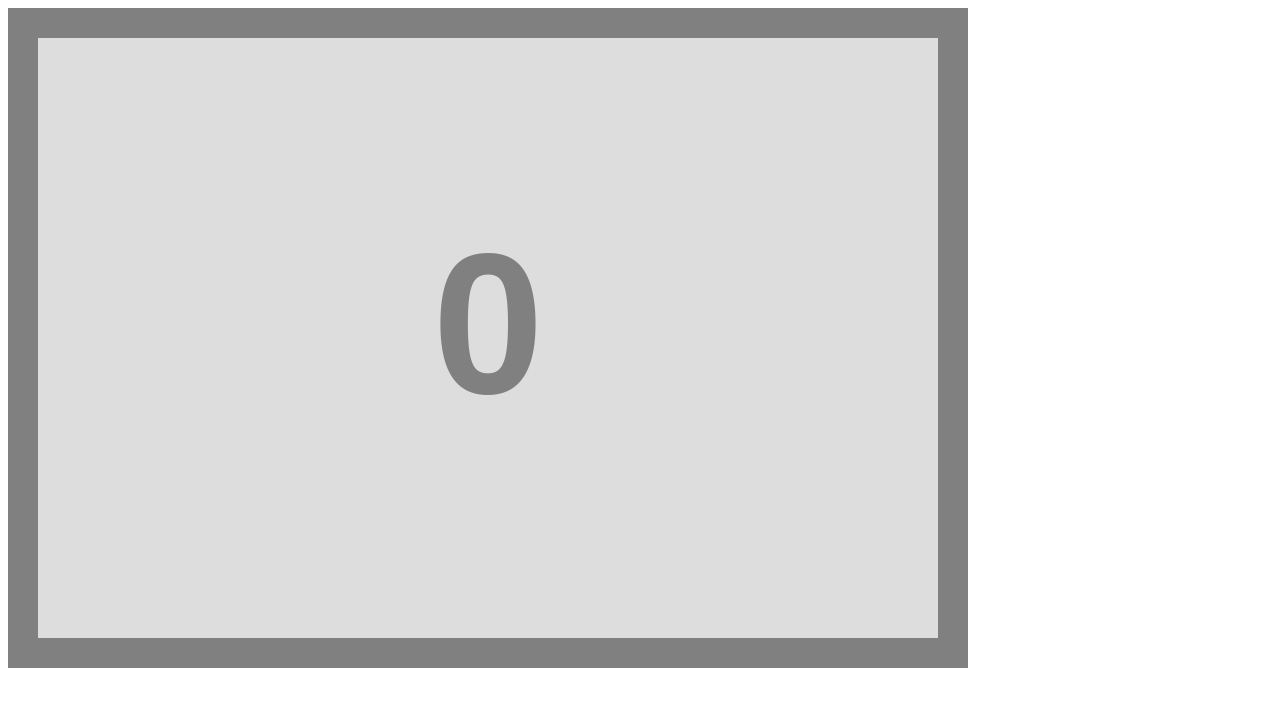
Repository: Michelhof1978/jeuduserpent
Page: index.html
The author's editor kept a copy of each file at every save. The page is drawn from the files as they stood at one save, then again after a run of saves.
The browser window is 1280 px wide. The pictures show the whole page.

Above is the page before, as saved 2023-02-14 17:51:48.
Console error: TypeError: Cannot read properties of undefined (reading '0')

After the next 3 saves:
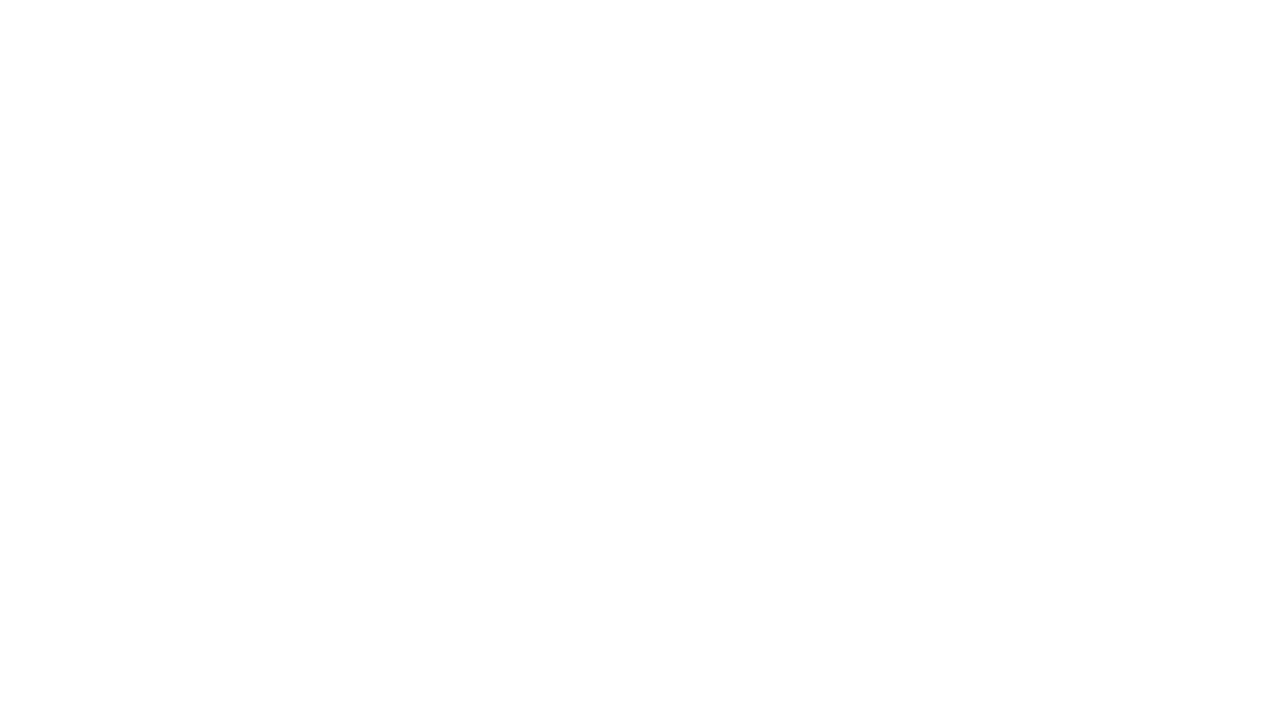
Console error: SyntaxError: Unexpected identifier 'La'
The 3 saves are shown as one change because they came seconds apart.
The last was saved 61 s later.
--- a/script.js
+++ b/script.js
@@ -214,8 +214,8 @@
                   ctx.save();
                   ctx.fillStyle = "#33cc33";
   //Constructeur                ctx.beginPath();
-      //De La            var radius = blockSize/2;     //rayon, taille d'un bloc /2
-     //Pomme             var x = this.position[0]*blockSize + radius;      //position
+      De La            var radius = blockSize/2;     //rayon, taille d'un bloc /2
+     Pomme*/             var x = this.position[0]*blockSize + radius;      //position
                   var y = this.position[1]*blockSize + radius;
                   ctx.arc(x, y, radius, 0, Math.PI*2, true);        //rayon du cercle
                   ctx.fill();

After the save that followed:
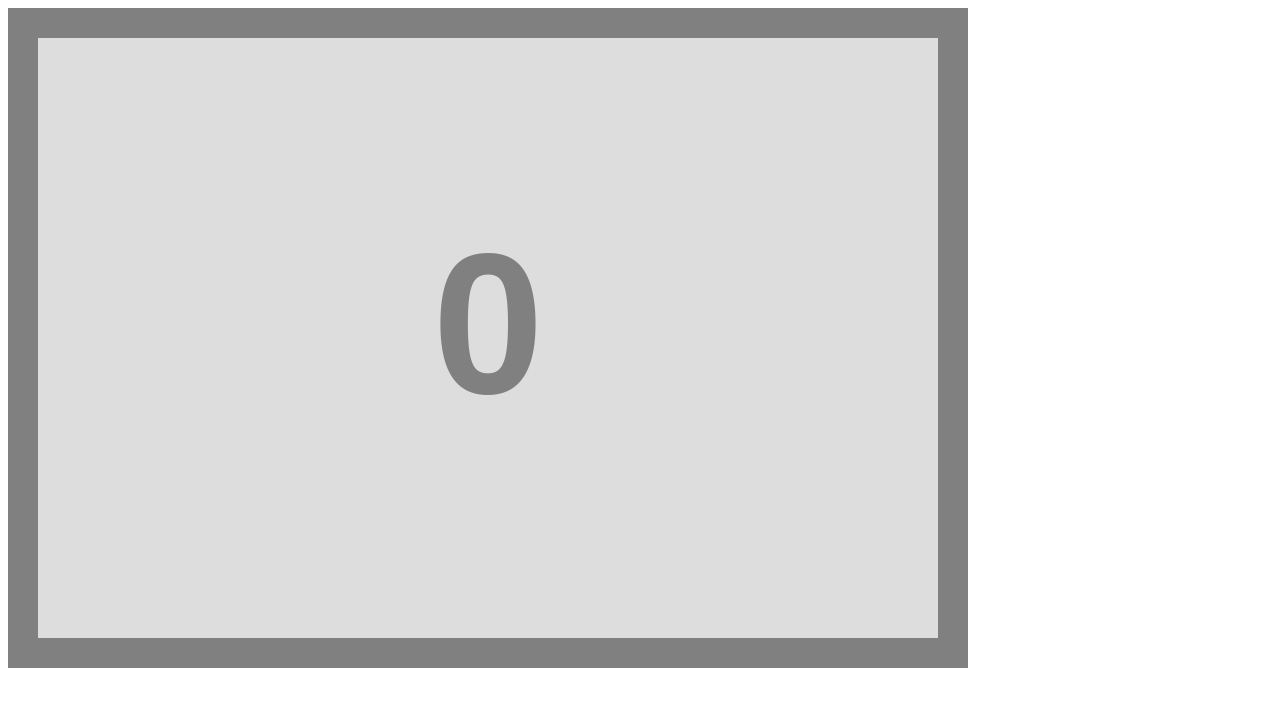
Console error: TypeError: Cannot read properties of undefined (reading '0')
Saved 4 s later.
--- a/script.js
+++ b/script.js
@@ -213,7 +213,7 @@
                 this.draw = function(){     //fonction pour dessiner la pomme
                   ctx.save();
                   ctx.fillStyle = "#33cc33";
-  //Constructeur                ctx.beginPath();
+  /*Constructeur                ctx.beginPath();
       De La            var radius = blockSize/2;     //rayon, taille d'un bloc /2
      Pomme*/             var x = this.position[0]*blockSize + radius;      //position
                   var y = this.position[1]*blockSize + radius;
